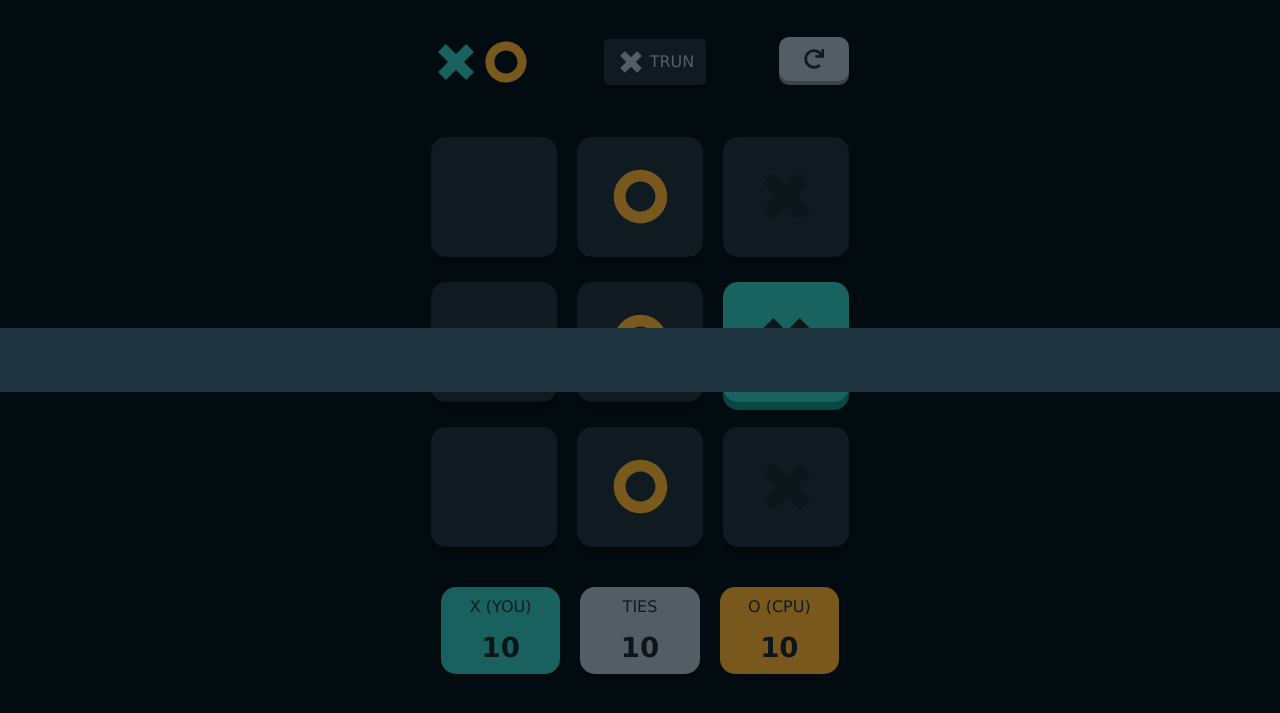
Repository: SD-Mdouka/XO_GAME
Page: /
The author's editor kept a copy of each file at every save. The page is drawn from the files as they stood at one save, then again after the next save.
The browser window is 1280 px wide. The pictures show the whole page.
The project was rebuilt for these pictures with package versions that can differ from the ones it lists, and the page was loaded fresh each time. Also part of the build but not shown: src/component/start/Start.js.

Above is the page before, as saved 2022-08-29 17:56:10.

After the next save:
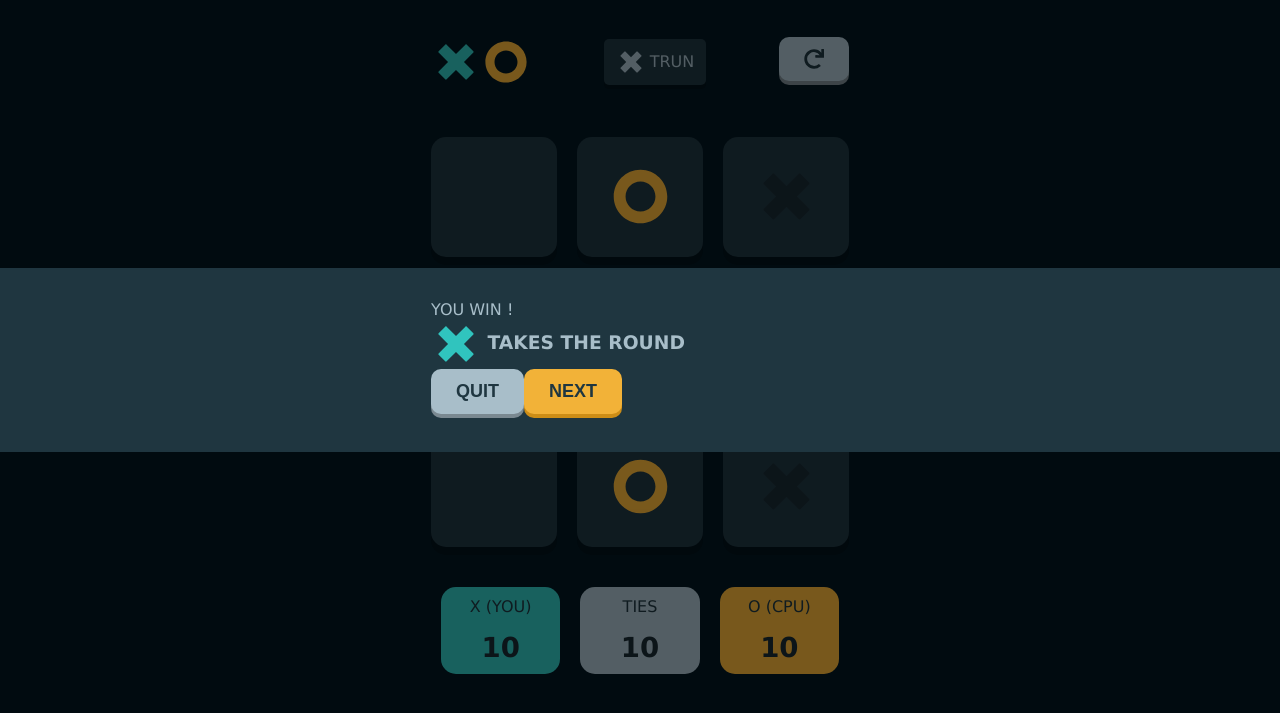
Saved 112 s later.
--- a/src/component/modal/Win.js
+++ b/src/component/modal/Win.js
@@ -1,11 +1,17 @@
 import React from "react";
+import Xicon from "../icons/Xicons";
 
 const Win = () => {
   return (
     <div className="score">
-      <p></p>
-      <h3></h3>
-      <div className="scor__btn"></div>
+      <p>you win !</p>
+      <h3>
+        <Xicon /> Takes the round
+      </h3>
+      <div className="scor__btn">
+        <button className="btn btn-sm">Quit</button>
+        <button className="btn btn-sm btn-yellow">Next</button>
+      </div>
     </div>
   );
 };
